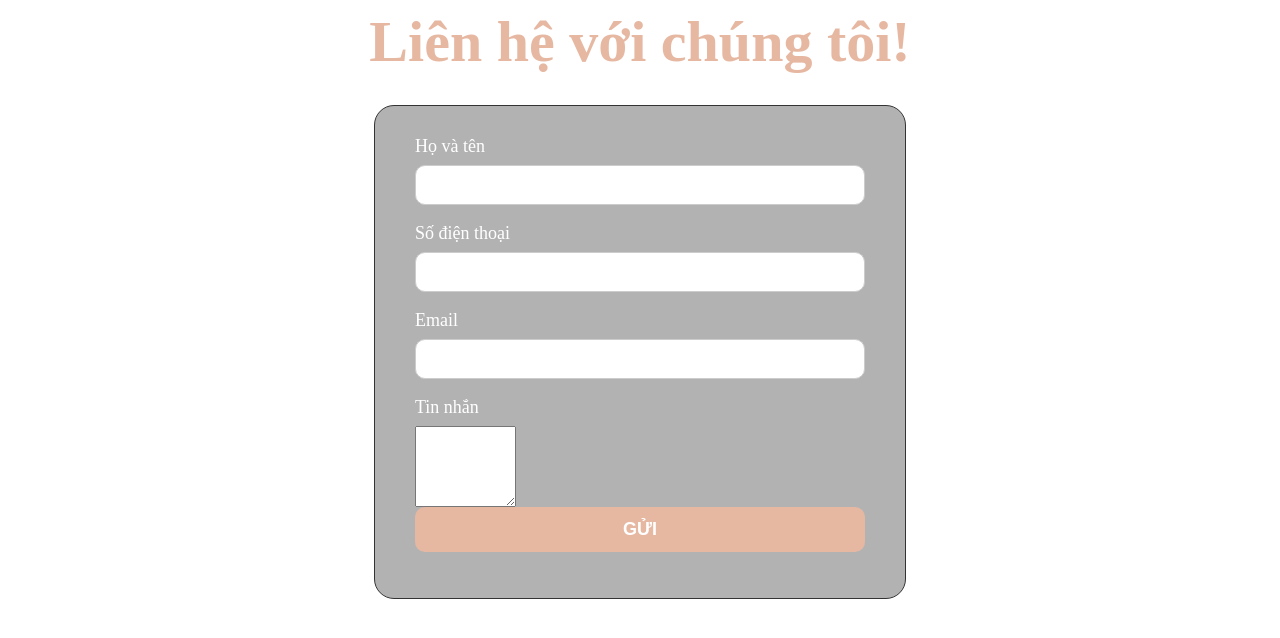
Repository: mingbeo100-boop/website_bancheonline
Page: http://localhost/pages/lienhe.php
An editor plug-in stored every save of this project. The page is shown before and after the next save, followed by the edit.
The browser window is 1280 px wide. The pictures show the whole page.
The page is run by PHP 8.4 with error messages shown; the project is at /var/www/html/.

Above is the page before, as saved 2025-11-27 08:14:34.

### pages/lienhe.php
<style>
    h1 {
        font-family: 'Dancing Script', cursive;
        color: #E6B8A2;
        font-size: 58px;
        text-align: center;
        margin-bottom: 30px;
    }

    .decor-form {
        background: rgba(0, 0, 0, 0.3);
        padding: 30px 40px;
        border-radius: 20px;
        max-width: 450px;
        margin: auto;
        border: 1px solid #333;
        backdrop-filter: blur(3px);
    }

    label {
        color: white;
        font-size: 18px;
        margin-bottom: 8px;
        display: block;
    }

    input {
        width: 100%;
        padding: 10px 12px;
        margin-bottom: 18px;
        border-radius: 10px;
        border: 1px solid #ccc;
        font-size: 16px;
        outline: none;
    }

    input:focus {
        border-color: #E6B8A2;
        box-shadow: 0 0 5px #E6B8A2;
    }

    button {
        width: 100%;
        padding: 12px;
        background-color: #E6B8A2;
        color: white;
        border: none;
        font-size: 18px;
        font-weight: bold;
        border-radius: 10px;
        cursor: pointer;
        transition: 0.3s;
    }

    button:hover {
        background-color: #d9a48f;
    }
</style>

<h1>Liên hệ với chúng tôi!</h1>

<div class="decor-form">
    <form>
        <label>Họ và tên</label>
        <input type="text" name="name" required>

        <label>Số điện thoại</label>
        <input type="tel" name="number" required>

        <label>Email</label>
        <input type="email" name="email" required>

        <label>Tin nhắn</label>
        <textarea name="message" rows="5" cols="10"></textarea>

        <button type="submit">GỬI</button>
    </form>
</div>

After the next save:
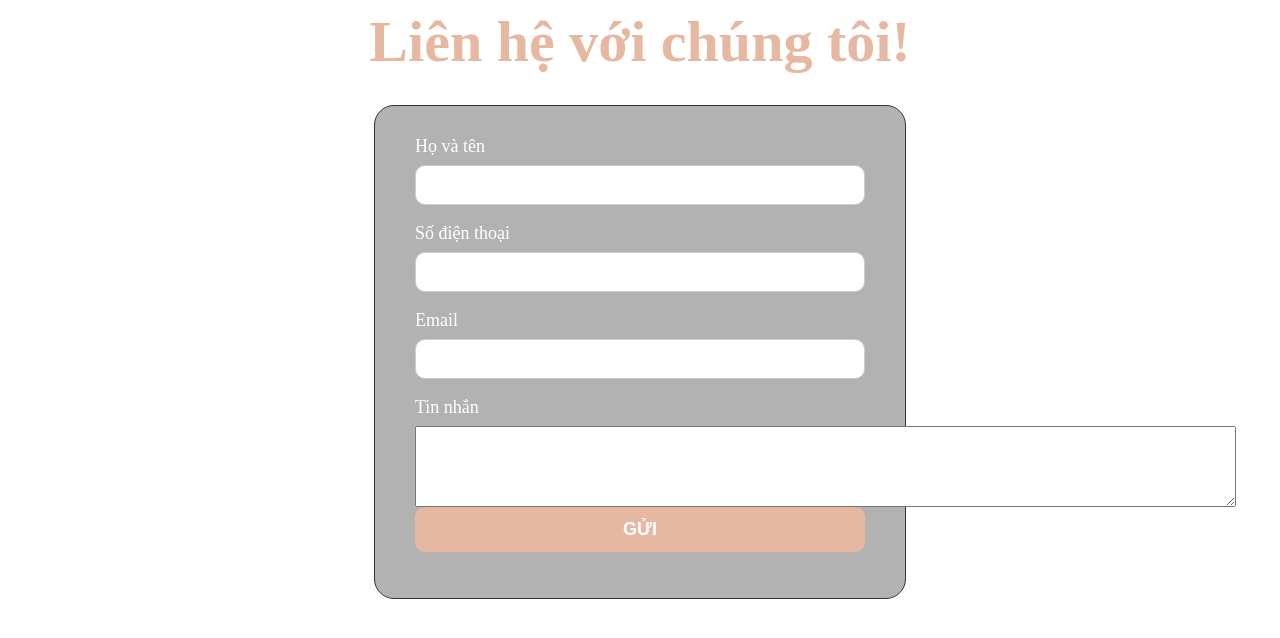
Saved 5 s later.
--- a/pages/lienhe.php
+++ b/pages/lienhe.php
@@ -71,7 +71,7 @@
         <input type="email" name="email" required>
 
         <label>Tin nhắn</label>
-        <textarea name="message" rows="5" cols="10"></textarea>
+        <textarea name="message" rows="5" cols="100"></textarea>
 
         <button type="submit">GỬI</button>
     </form>
